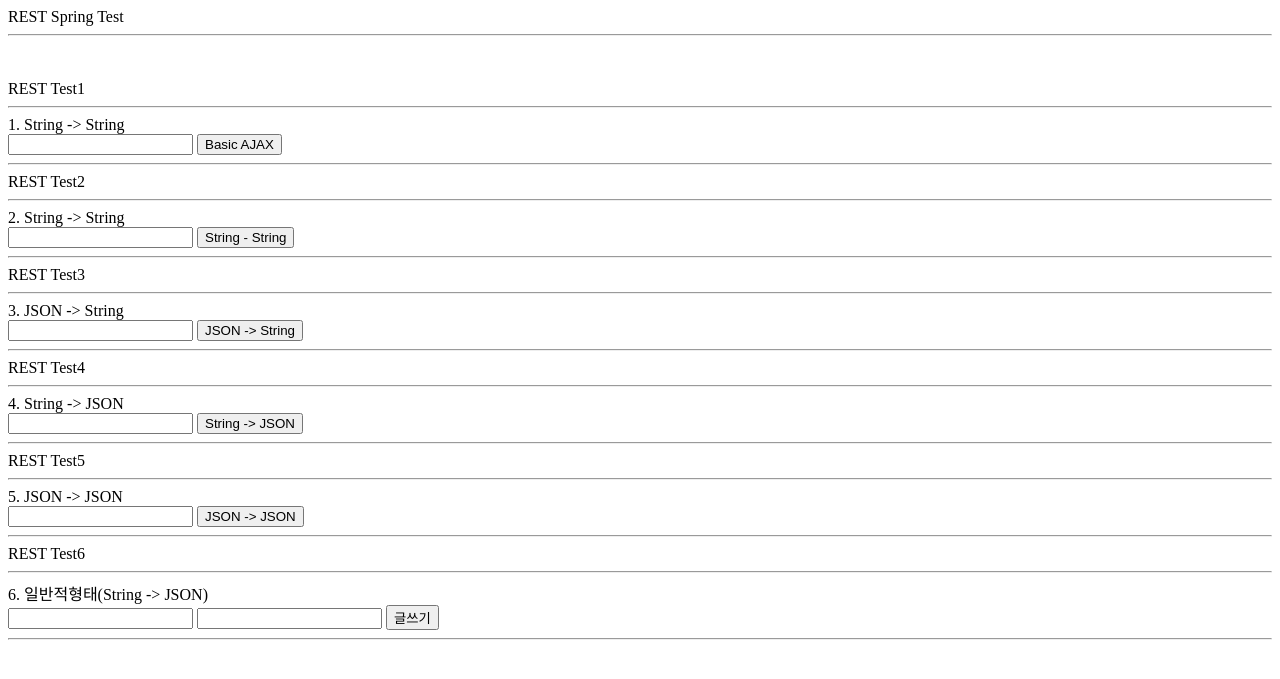
Repository: hinoky4693/workspace_spring
Page: http://localhost/spring3_prj/lec05_rest/rest_test_spring.jsp
An editor plug-in stored every save of this project. The page is shown before and after the next save, followed by the edit.
The browser window is 1280 px wide. The pictures show the whole page.
The page is served by Tomcat 9. Nobody is signed in. The application's start-up code is not run. Other server files are loaded and not shown.

Above is the page before, as saved 2024-06-17 08:00:27.

### spring3_prj/src/main/webapp/lec05_rest/rest_test_spring.jsp
<%@ page language="java" contentType="text/html; charset=UTF-8"
    pageEncoding="UTF-8"%>
<%@taglib uri="http://java.sun.com/jsp/jstl/core" prefix="c"%>
<%@taglib uri="http://java.sun.com/jsp/jstl/fmt"  prefix="fmt"%>
<%@ taglib uri="http://java.sun.com/jsp/jstl/functions" prefix="fn"%>
<!DOCTYPE html>
<html>
<head>
<meta charset="UTF-8">
<title>Insert title here</title>
</head>
<body>
REST Spring Test<hr>
<div id="resultDIV"></div><br><br>

REST Test1<hr>
1. String -> String<br>
<input type="text" id="ename" name="ename">
<input type="button" id="ajax_test" value="Basic AJAX"><hr>

REST Test2<hr>
2. String -> String<br>
<input type="text" id="ename2" name="ename2">
<input type="button" id="string_string" value="String - String"><hr>

REST Test3<hr>
3. JSON -> String<br>
<input type="text" id="ename3" name="ename3">
<input type="button" id="json_string" value="JSON -> String"><hr>

REST Test4<hr>
4. String -> JSON<br>
<input type="text" id="ename4" name="ename4">
<input type="button" id="string_json" value="String -> JSON"><hr>

REST Test5<hr>
5. JSON -> JSON<br>
<input type="text" id="ename5" name="ename5">
<input type="button" id="json_json" value="JSON -> JSON"><hr>

REST Test6<hr>
6. 일반적형태(String -> JSON) <br>
<form id="regForm">
<input type="text" id="title" name="title">
<input type="text" id="regid" name="regid">
<input type="button" id="writeButton" value="글쓰기"><hr>
</form>

<script src="https://code.jquery.com/jquery-3.7.1.js"></script>
<script>
$(function(){
	// 공통 : 테이블 그리는 함수.
	function makeTable(myval){
			var htmlStr = "<table border=1 width=50%><tr><th>제목</th><th>글쓴이</th></tr>";
			$.map( myval, function( MYval, MYidx ) {
				htmlStr += "<tr><td>" +MYval["title"] + "</td><td>"+MYval["regid"] +"</td></tr>"
			});
			htmlStr += "</table>";
			$("#resultDIV").empty();
			$("#resultDIV").html("1. <b>"+htmlStr+"</b>");
			console.log("200 ok");
		 }
	$("#ajax_test").click(  function(){
		var ename = $("#ename").val();

		$.ajax({
			method      : "POST",
	        url         : "${pageContext.request.contextPath}/ctl_str_str",
	        data 		: "ename="+ename,
	  		error 	    : function(myval){ console.log("에러:" + myval);   },
	  		success     : function(myval){
	  										console.log("성공:" + myval);
	  										console.log("200 ok");
	  										$("#resultDIV").html("<b>"+myval+"</b>");
	  									 }
		});
	});


	$("#string_string").click(  function(){
		var ename2 = $("#ename2").val();

		$.ajax({
			method      : "POST",
	        url         : "${pageContext.request.contextPath}/ctl_str_str2",
	        data 		: "ename="+ename2,
	  		error 	    : function(myval){ console.log("에러:" + myval);   },
	  		success     : function(myval){
	  										console.log("1. Spring 응답 : " + myval);
	  									 }
		});
	});

	$("#json_string").click(  function(){
		var objData = {"title":"제목입니다","contents":"내용입니다"};
		$.ajax({
			method      : "POST",
	        url         : "${pageContext.request.contextPath}/ctl_json_str",
	        data		: JSON.stringify(objData),
	        contentType : "application/json; charset=UTF-8",
	  		error 	    : function(myval){ console.log("에러:" + myval);   },
	  		success     : function(myval){
	  										console.log("2. Spring 응답 : " + myval);
	  									 }
		});
	});

	$("#string_json").click(  function(){
		var ename4=$("ename4").val();
		$.ajax({
			method      : "POST",
	        url         : "${pageContext.request.contextPath}/ctl_str_json",
	        data 		: "ename="+ename4,
	  		error 	    : function(myval){ console.log("에러:" + myval);   },
	  		success     : function(myval, textStatus, xhr){
	  								if (xhr.status == 200){
										console.log("3. Spring 응답 : " + myval["message"]);
	  								}
						 }
		});
	});

	$("#json_json").click(  function(){
		var objData = {"title":"제목입니다","contents":"내용입니다"};
		$.ajax({
			method      : "POST",
	        url         : "${pageContext.request.contextPath}/ctl_json_json",
	        data 		: JSON.stringify(objData),
	        contentType : "application/json; charset=UTF-8",
	  		error 	    : function(myval){ console.log("에러:" + myval);   },
	  		success     : function(myval){
	  										console.log("4. Spring 응답 : " + myval["message"]);
	  									 }
		});
	});

	$("#writeButton").click(  function(){
		var sendFormData = $("#regForm").serialize(); // title=aaaa&regid=kim
		$.ajax({
			method      : "POST",
	        url         : "${pageContext.request.contextPath}/ctl_normal",
	        data 		: sendFormData,
	  		error 	    : function(myval){ console.log("에러:" + myval);   },
	  		success     : function(myval){
	  										console.log(myval);
	  										makeTable(myval);
	  									 }
		});
	});

})

</script>

</body>
</html>

After the next save:
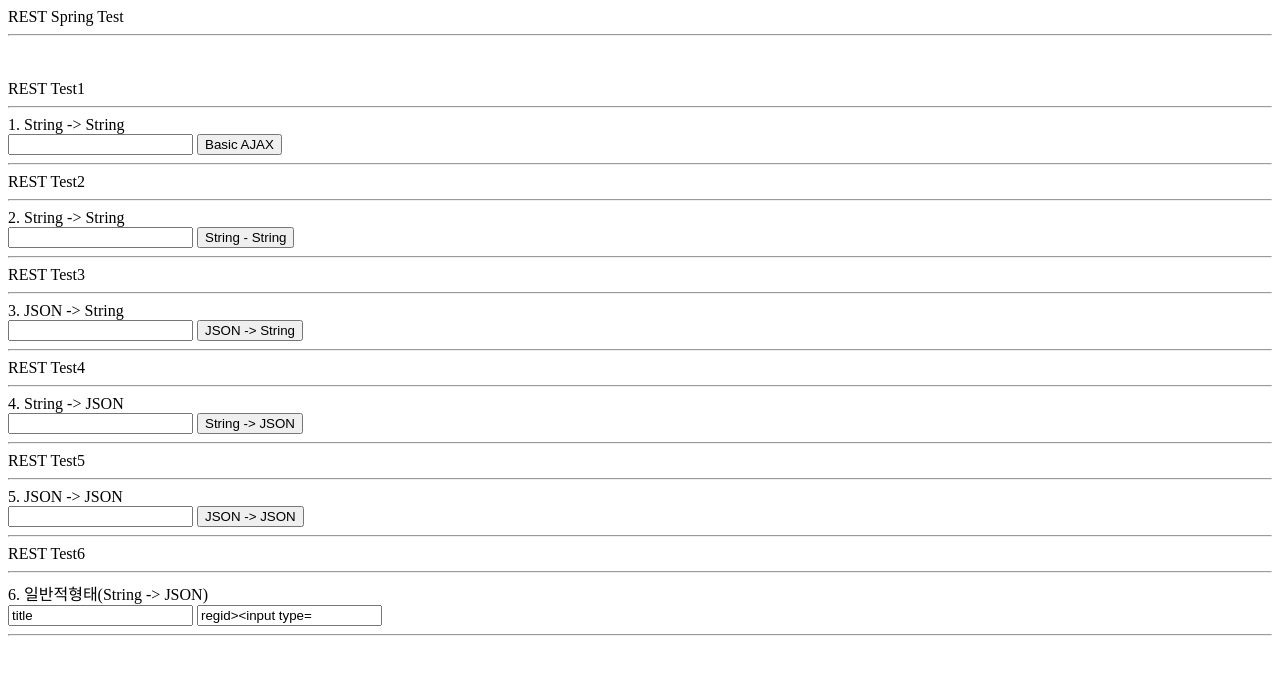
Saved 31 s later.
--- a/spring3_prj/src/main/webapp/lec05_rest/rest_test_spring.jsp
+++ b/spring3_prj/src/main/webapp/lec05_rest/rest_test_spring.jsp
@@ -41,8 +41,8 @@
 REST Test6<hr>
 6. 일반적형태(String -> JSON) <br>
 <form id="regForm">
-<input type="text" id="title" name="title">
-<input type="text" id="regid" name="regid">
+<input type="text" id="title" name="title" value="title">
+<input type="text" id="regid" name="regid" value="regid>
 <input type="button" id="writeButton" value="글쓰기"><hr>
 </form>
 

After the save that followed:
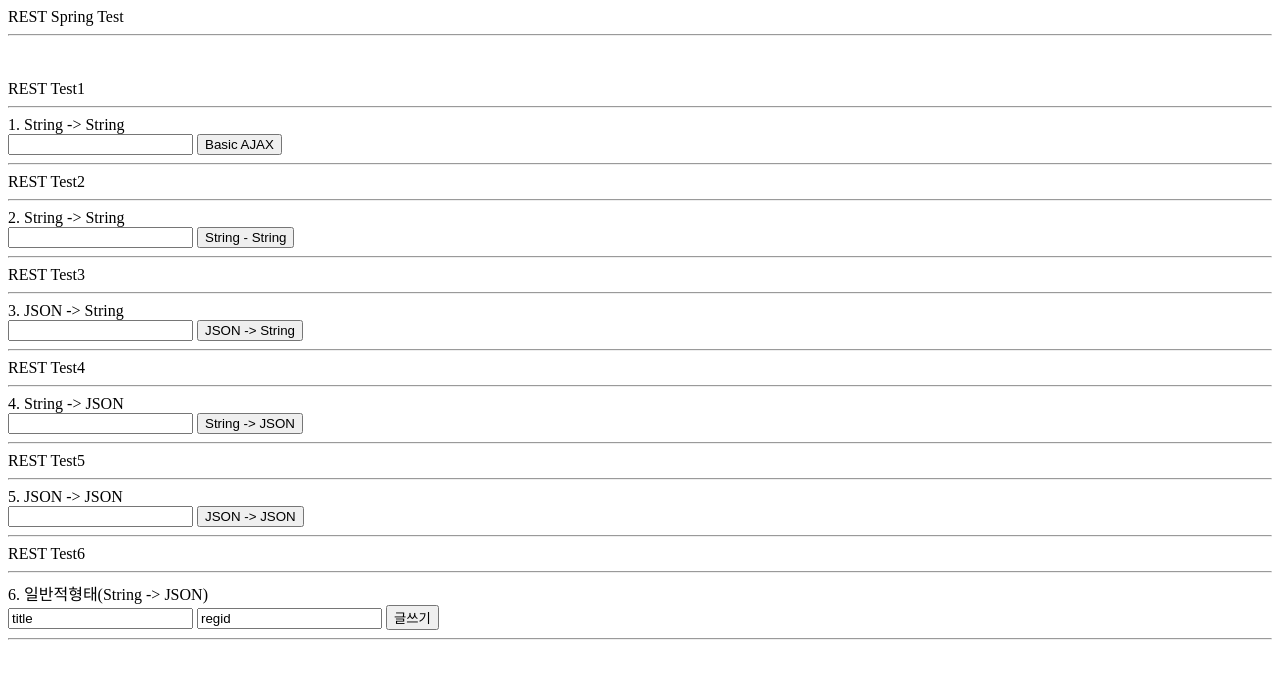
Saved 1 s later.
--- a/spring3_prj/src/main/webapp/lec05_rest/rest_test_spring.jsp
+++ b/spring3_prj/src/main/webapp/lec05_rest/rest_test_spring.jsp
@@ -42,7 +42,7 @@
 6. 일반적형태(String -> JSON) <br>
 <form id="regForm">
 <input type="text" id="title" name="title" value="title">
-<input type="text" id="regid" name="regid" value="regid>
+<input type="text" id="regid" name="regid" value="regid">
 <input type="button" id="writeButton" value="글쓰기"><hr>
 </form>
 
